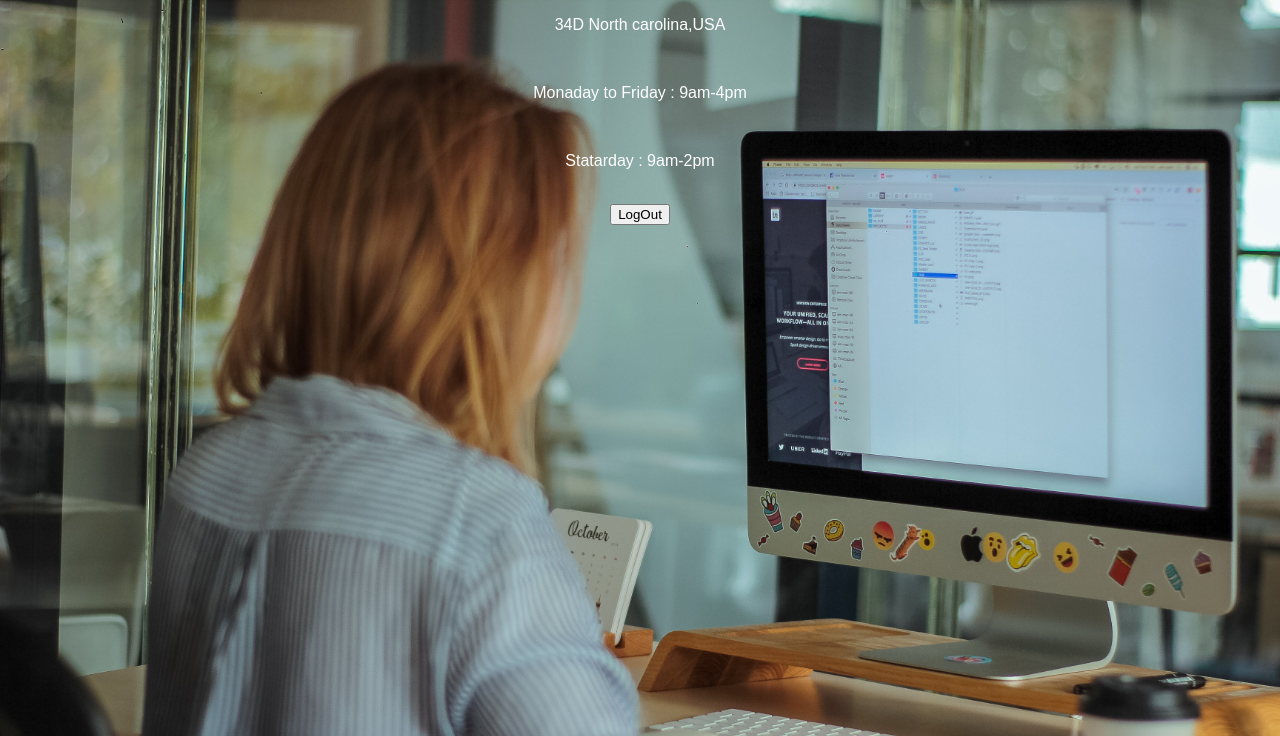
Repository: MyselfAman/Login_Page_Servlet
Page: http://localhost/Login_Page/About_Us.jsp
The author's editor kept a copy of each file at every save. The page is drawn from the files as they stood at one save, then again after the next save.
The browser window is 1280 px wide. The pictures show the whole page.
The page is served by Tomcat 9. The session is filled in as if someone had signed in: {"name": "Test User"}.

Above is the page before, as saved 2019-08-08 06:07:24.

After the next save:
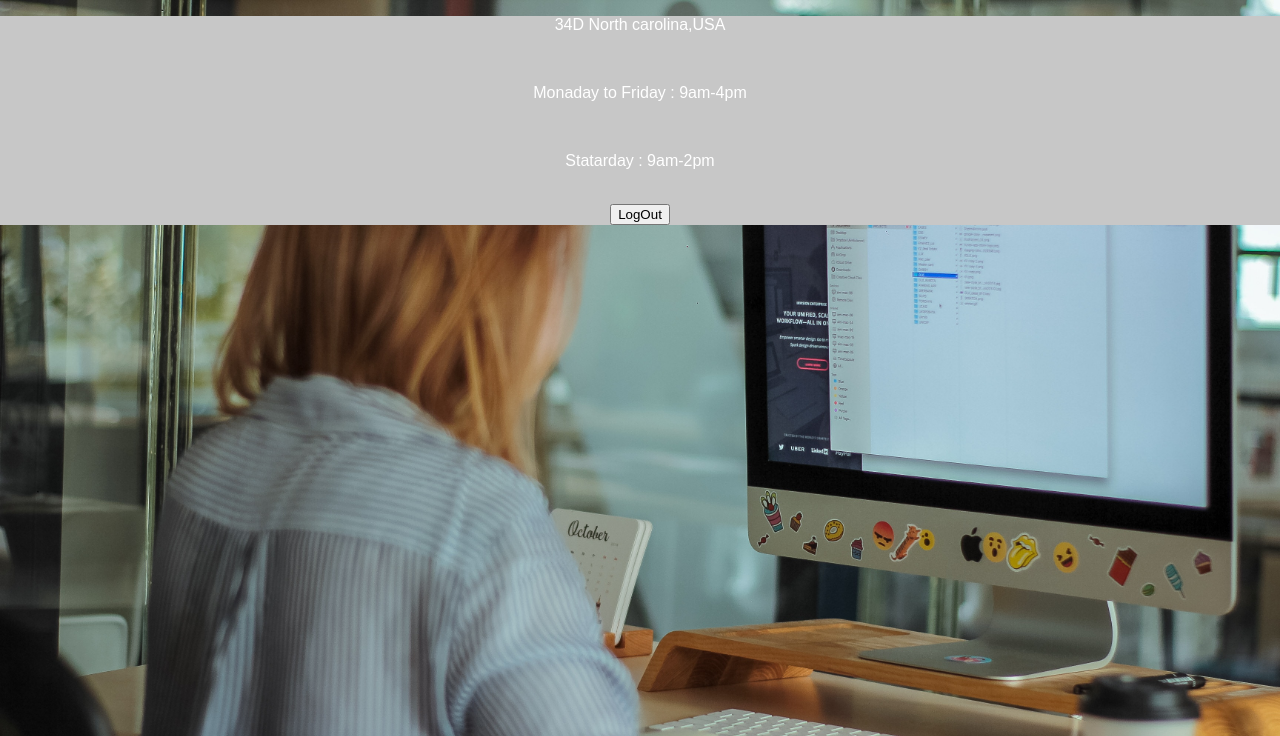
Saved 58 s later.
--- a/Login_Page/WebContent/About_Us.css
+++ b/Login_Page/WebContent/About_Us.css
@@ -10,3 +10,7 @@ body {
   color:White;
   text-align:center;
 }
+
+div{
+	background-color:#c7c7c7;
+}
